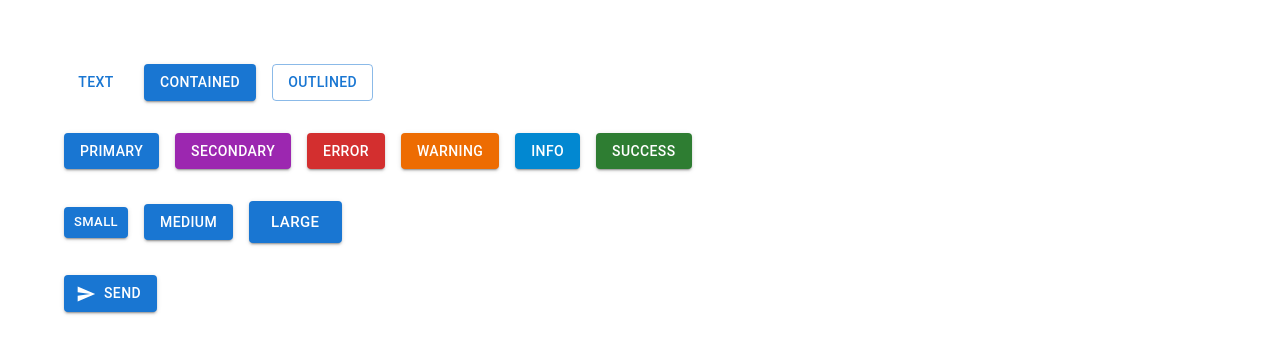
Repository: janidulnkg1/react-mui
Page: / (app in mui-demo/)
These files come from the project's save history. The page is drawn as it stood at one moment and after the next save; the edit follows.
The browser window is 1280 px wide. The pictures show the whole page.
The project was rebuilt for these pictures with package versions that can differ from the ones it lists, and the page was loaded fresh each time.

Above is the page before, as saved 2023-11-08 12:31:36.

After the next save:
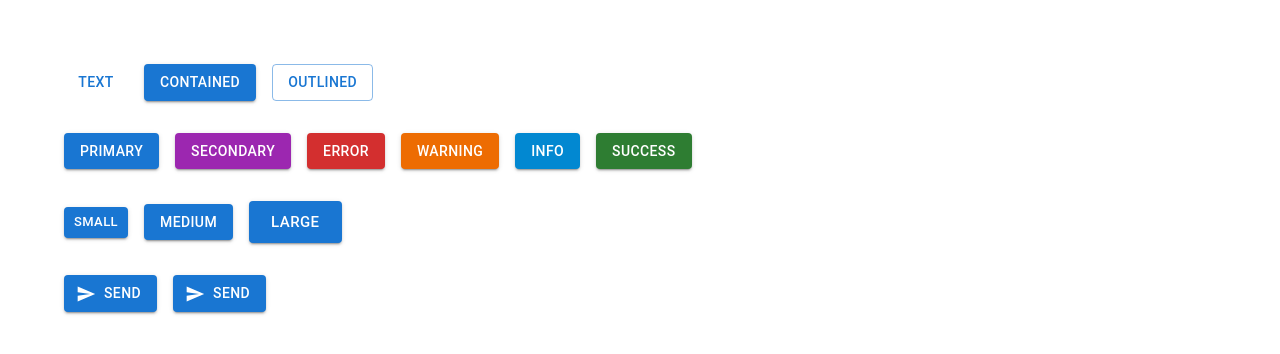
Saved 14 s later.
--- a/mui-demo/src/components/MuiButton.tsx
+++ b/mui-demo/src/components/MuiButton.tsx
@@ -28,6 +28,8 @@ export const MuiButton = () => {
 
         <Stack spacing={2} direction='row'>
             <Button variant='contained' startIcon={<SendIcon />}>Send</Button>
+            <Button variant='contained' startIcon={<SendIcon />}>Send</Button>
+
         </Stack>
 
     </Stack>
